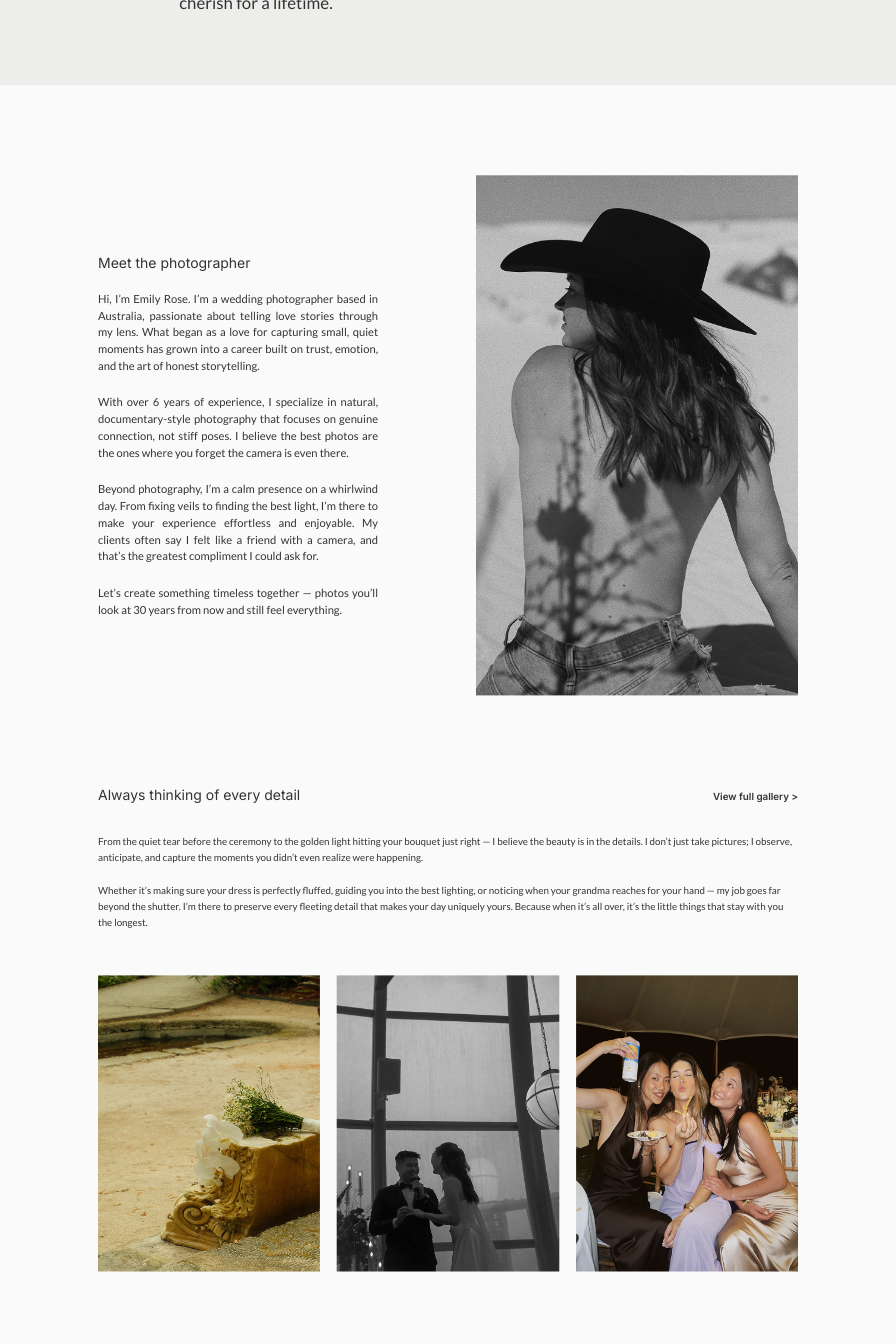
Repository: eduarda-magnago/wt-photography
Page: /
An editor plug-in stored every save of this project. The page is shown before and after the next save, followed by the edit.
The browser window is 1280 px wide. The pictures show the part of the page from y = 949 to 2869 px (the page is 3825 px tall before and 3859 px after), at 70% of full size.
Some web fonts or font styles are not loaded; a fallback is used. The project was rebuilt for these pictures with package versions that can differ from the ones it lists, and the page was loaded fresh each time. The framework's server and built-in components were replaced by stand-ins that run in the browser. Also part of the build but not shown: next.config.ts.

Above is the page before, as saved 2026-10-19 11:33:24.

After the next save:
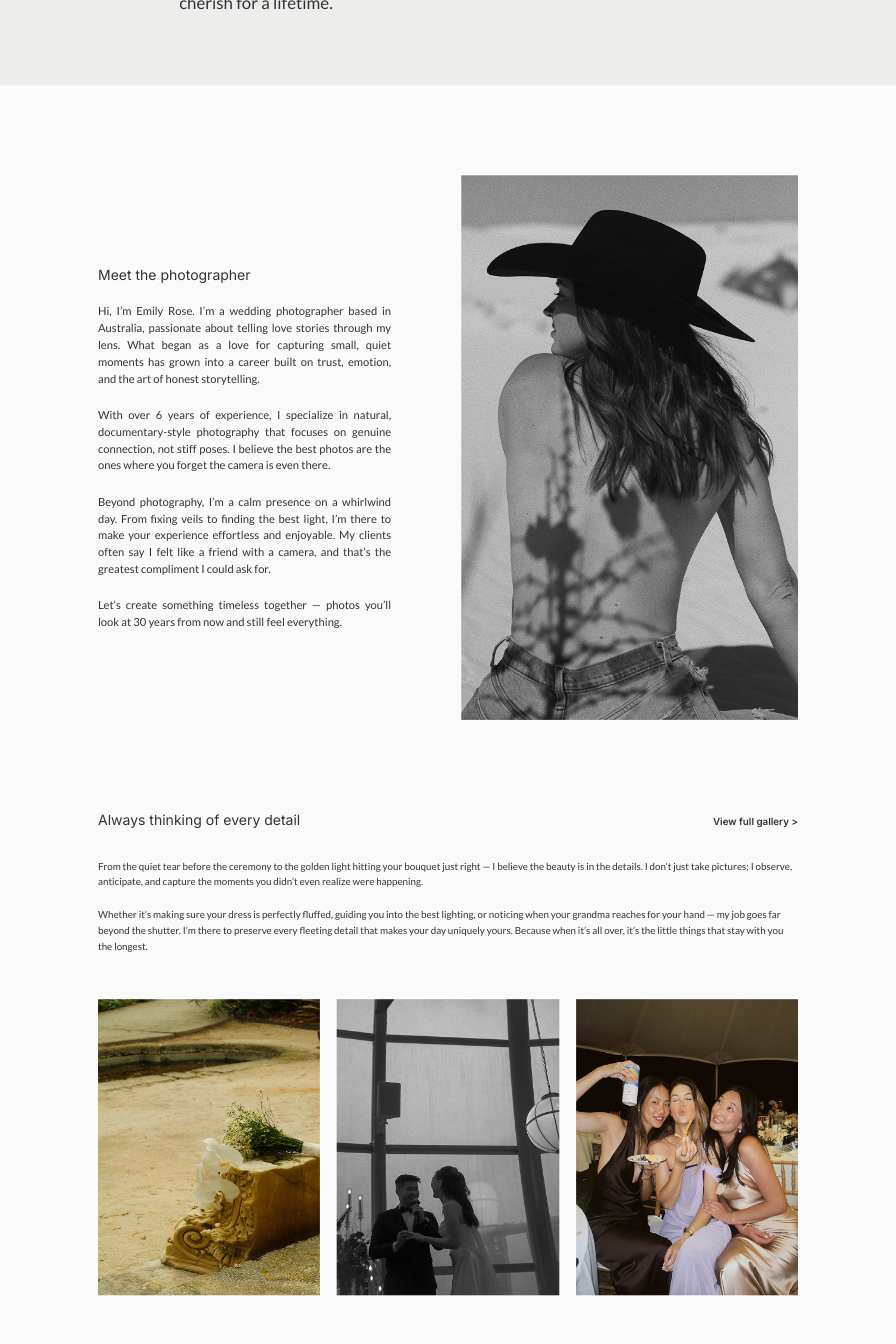
Saved 7 s later.
--- a/components/home/about.tsx
+++ b/components/home/about.tsx
@@ -3,7 +3,7 @@ import Image from "next/image";
 export default function About() {
   return (
     <section id="about" className="bg-paper px-6 py-24 md:px-14 md:py-32">
-      <div className="mx-auto grid max-w-[1000px] items-center gap-12 md:grid-cols-[435fr_500fr] md:gap-x-12 xl:gap-x-[140px]">
+      <div className="mx-auto grid max-w-[1000px] items-center gap-12 md:grid-cols-[435fr_500fr] md:gap-x-12 xl:gap-x-[100px]">
         <div>
           <h2 className="font-heading text-[20px]">Meet the photographer</h2>
 
